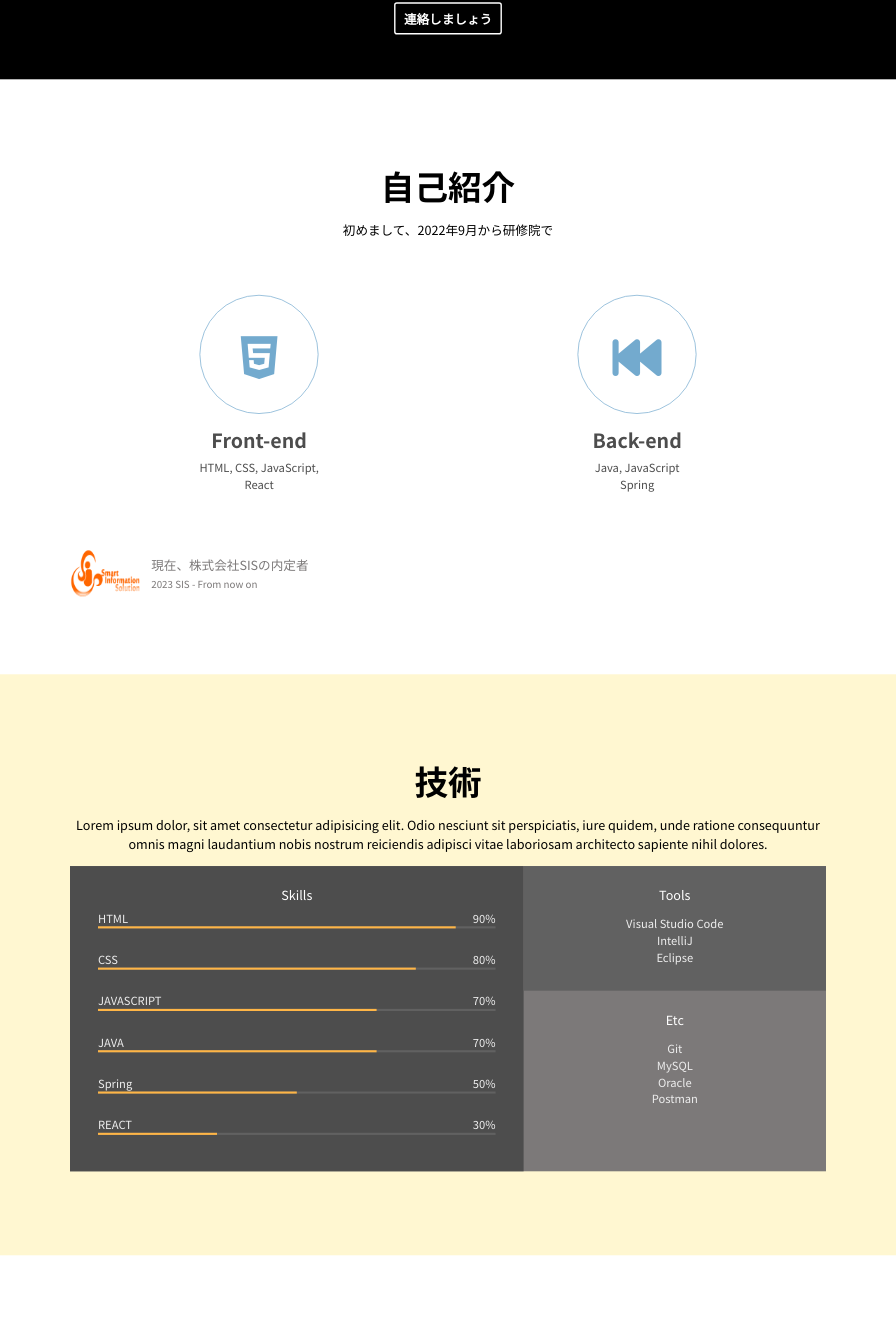
Repository: N1C0N1C0/website_introduction
Page: index.html
The author's editor kept a copy of each file at every save. The page is drawn from the files as they stood at one save, then again after the next save.
The browser window is 1280 px wide. The pictures show the part of the page from y = 616 to 2536 px (the page is 4068 px tall), at 70% of full size.
Some web libraries are served in a nearby version.

Above is the page before, as saved 2023-08-29 03:03:47.

### index.html
<!DOCTYPE html>
<html lang="en">
  <head>
    <meta charset="UTF-8" />
    <meta name="viewport" content="width=device-width, initial-scale=1.0" />
    <title>自己紹介</title>
    <meta
      name="description"
      content="Portfolio for engineer KimJeongmin"
    />
    <meta name="author" content="Kim" />
    <link rel="icon" type="image/icon" href="imgs/file-pdf-solid.svg" />
    <script src="https://kit.fontawesome.com/04742e9fab.js" crossorigin="anonymous"></script>
    <link href="https://fonts.googleapis.com/css2?family=Noto+Sans+JP:wght@300;400;500&display=swap" rel="stylesheet">

    <link rel="stylesheet" href="style.css" />
    <script src="main.js" defer></script>
  </head>
  <body>
    <!-- Navbar -->
    <nav id="navbar">
      <div class="navbar__logo">
        <i class="fa-regular fa-face-smile"></i>
        <a href="#">キムジョンミン</a>
      </div>
        <ul class="navbar__menu">
          <li class="navbar__menu__item active" data-link="#home">ホーム</li>
          <li class="navbar__menu__item" data-link="#about">紹介</li>
          <li class="navbar__menu__item" data-link="#skills">技術</li>
          <li class="navbar__menu__item" data-link="#work">プロジェクト</li>
          <li class="navbar__menu__item" data-link="#contact">連絡</li>
        </ul>

      <!-- Toggle button -->
      <button class="navbar__toggle-btn">
        <i class="fa-solid fa-bars"></i>
      </button>
    </nav>

    <!-- Home -->
    <section id="home">
      <div class="home__container">
      <img src="imgs/kimu.jpg" alt="Anzang" class="home__avatar" />
      <h1 class="home__title">ようこそ <br />キムジョンミンと申します。</h1>
      <h2 class="home__description">
        今は株式会社SISに内定者です。
      </h2>
      <button class="home__contact">連絡しましょう</button>
    </div>
    </section>
    <!-- About -->
    <section id="about" class="section" class="section__container">
      <h1>自己紹介</h1>
      <p>
        初めまして、2022年9月から研修院で
      </p>
      <div class="about__majors">
        <div class="major">
          <div class="major__icon">
            <i class="fa-brands fa-html5"></i>
          </div>
          <h2 class="major__title">Front-end</h2>
          <div class="major__description">
            HTML, CSS, JavaScript,
            <br />React
          </div>
        </div>
        <div class="major">
          <div class="major__icon">
            <i class="fa-sharp fa-solid fa-backward-fast"></i>
          </div>
          <h2 class="major__title">Back-end</h2>
          <div class="major__description">
            Java, JavaScript
            <br />
            Spring
          </div>
        </div>
      </div>
      <div class="about__jobs">
        <div class="job">
          <img src="imgs/sis_image.png" alt="sis" class="job__logo" style="width: 100px; height: 70px;"/>
          <div class="job_description">
            <p class="job__name">
              現在、株式会社SISの内定者
            </p>
            <p class="job__period">2023 SIS - From now on</p>
          </div>
        </div>
      </div>
    </section>

    <!-- Skills -->
    <section id="skills" class="section">
      <div class="section__container">
      <h1>技術</h1>
      <p>
        Lorem ipsum dolor, sit amet consectetur adipisicing elit. Odio nesciunt
        sit perspiciatis, iure quidem, unde ratione consequuntur omnis magni
        laudantium nobis nostrum reiciendis adipisci vitae laboriosam architecto
        sapiente nihil dolores.
      </p>
      <div class="skillset">
        <div class="skillset__left">
          <h3 class="skillset__title">Skills</h3>
          <div class="skill">
            <div class="skill__description">
              <span>HTML</span>
              <span>90%</span>
            </div>
            <div class="skill__bar">
              <div class="skill__value" style="width: 90%;"></div>
            </div>
          </div>
          <div class="skill">
            <div class="skill__description">
              <span>CSS</span>
              <span>80%</span>
            </div>
            <div class="skill__bar">
              <div class="skill__value" style="width: 80%;"></div>
            </div>
          </div>
          <div class="skill">
            <div class="skill__description">
              <span>JAVASCRIPT</span>
              <span>70%</span>
            </div>
            <div class="skill__bar">
              <div class="skill__value" style="width: 70%;"></div>
            </div>
          </div>
          <div class="skill">
            <div class="skill__description">
              <span>JAVA</span>
              <span>70%</span>
            </div>
            <div class="skill__bar">
              <div class="skill__value" style="width: 70%;"></div>
            </div>
          </div>
          <div class="skill">
            <div class="skill__description">
              <span>Spring</span>
              <span>50%</span>
            </div>
            <div class="skill__bar">
              <div class="skill__value" style="width: 50%;"></div>
            </div>
          </div>
          <div class="skill">
            <div class="skill__description">
              <span>REACT</span>
              <span>30%</span>
            </div>
            <div class="skill__bar">
              <div class="skill__value" style="width: 30%;"></div>
            </div>
          </div>
        </div>
        <div class="skillset__right">
          <div class="tools">
            <h3 class="skillset__title">Tools</h3>
            <ul class="tools__list">
              <li><span>Visual Studio Code</span></li>
              <li><span>IntelliJ</span></li>
              <li><span>Eclipse</span></li>
            </ul>
          </div>
          <div class="etc">
            <h3 class="skillset__title">Etc</h3>
            <ul class="ect__list">
              <li><span>Git</span></li>
              <li><span>MySQL</span></li>
              <li><span>Oracle</span></li>
              <li><span>Postman</span></li>
            </ul>
          </div>
        </div>
      </div>
    </div>
    </section>
    <!-- Work -->
    <section id="work" class="section">
      <div class="section__container">
      <h1>My work</h1>
      <h3>Projects</h3>
      <div class="work__categories">
        <button class="category__btn selected" data-filter="*">
          All<span class="category__count">8</span>
        </button>
        <button class="category__btn" data-filter="front-end">
          Front-end<span class="category__count">3</span>
        </button>
        <button class="category__btn" data-filter="back-end">
          Back-end<span class="category__count">4</span>
        </button>
        <button class="category__btn" data-filter="mobile">
          Mobile<span class="category__count">1</span>
        </button>
      </div>

      <div class="work__projects">
        <a
          href="https://www.youtube.com/@dream-coding"
          class="project"
          target="_blank"
          data-type="front-end"
        >
          <img
            src="imgs/projects/안종민.png"
            alt="Anzang"
            class="project__img"
          />
          <div class="project__description">
            <h3>Youtube Site</h3>
            <span>Clone coding with HTML and CSS</span>
          </div>
        </a>
        <a
          href="https://www.youtube.com/@dream-coding"
          class="project"
          target="_blank"
          data-type="front-end"
        >
          <img
            src="imgs/projects/안종민.png"
            alt="Anzang"
            class="project__img"
          />
          <div class="project__description">
            <h3>Youtube Site</h3>
            <span>Clone coding with HTML and CSS</span>
          </div>
        </a>
        <a
          href="https://www.youtube.com/@dream-coding"
          class="project"
          target="_blank"
          data-type="front-end"
        >
          <img
            src="imgs/projects/안종민.png"
            alt="Anzang"
            class="project__img"
          />
          <div class="project__description">
            <h3>Youtube Site</h3>
            <span>Clone coding with HTML and CSS</span>
          </div>
        </a>
        <a
          href="https://www.youtube.com/@dream-coding"
          class="project"
          target="_blank"
          data-type="back-end"
        >
          <img
            src="imgs/projects/안종민.png"
            alt="Anzang"
            class="project__img"
          />
          <div class="project__description">
            <h3>Youtube Site</h3>
            <span>Clone coding with HTML and CSS</span>
          </div>
        </a>
        <a
          href="https://www.youtube.com/@dream-coding"
          class="project"
          target="_blank"
          data-type="back-end"
        >
          <img
            src="imgs/projects/안종민.png"
            alt="Anzang"
            class="project__img"
          />
          <div class="project__description">
            <h3>Youtube Site</h3>
            <span>Clone coding with HTML and CSS</span>
          </div>
        </a>
        <a
          href="https://www.youtube.com/@dream-coding"
          class="project"
          target="_blank"
          data-type="back-end"
        >
          <img
            src="imgs/projects/안종민.png"
            alt="Anzang"
            class="project__img"
          />
          <div class="project__description">
            <h3>Youtube Site</h3>
            <span>Clone coding with HTML and CSS</span>
          </div>
        </a>
        <a
          href="https://www.youtube.com/@dream-coding"
          class="project"
          target="_blank"
          data-type="back-end"
        >
          <img
            src="imgs/projects/안종민.png"
            alt="Anzang"
            class="project__img"
          />
          <div class="project__description">
            <h3>Youtube Site</h3>
            <span>Clone coding with HTML and CSS</span>
          </div>
        </a>
        <a
          href="https://www.youtube.com/@dream-coding"
          class="project"
          target="_blank"
          data-type="mobile"
        >
          <img
            src="imgs/projects/안종민.png"
            alt="Anzang"
            class="project__img"
          />
          <div class="project__description">
            <h3>Youtube Site</h3>
            <span>Clone coding with HTML and CSS</span>
          </div>
        </a>
      </div>
      </div>
    </section>
    <!-- Contact -->
    <section id="contact" class="section">
      <h1 class="contact__title">話しましょう！</h1>
      <h2 class="contact__email">dothd8775@gmail.com</h2>
      <div class="contact__links">
        <a href="https://github.com/N1C0N1C0" target="_blank">
          <i class="fa-brands fa-github"></i>
        </a>
        <a href="https://github.com/N1C0N1C0" target="_blank">
          <i class="fa-brands fa-square-git"></i>
        </a>
      </div>
      <p class="contact__rights">
        2023 個人プロジェクト - All rights reserved
      </p>
    </section>

    <!-- Arrow up -->
    <button class="arrow__up">
      <i class="fa-solid fa-arrow-up"></i>
    </button>
  </body>
</html>

### style.css
/* Global */
:root {
    /* Color */
    --color-white: #fff;
    --color-light-white: #eee;
    --color-dark-white: #bdbdbd;
    --color-pink: #fe918d;
    --color-dark-pink: #ff6863;
    --color-black: #4d4d4d;
    --color-dark-grey: #4d4d4d;
    --color-grey: #616161;
    --color-light-grey: #7c7979;
    --color-blue: #73aace;
    --color-yellow: #fff7d1;
    --color-orange: #feb546;
    --color-black: #000;

    /* Font size */
    --font-large: 48px;
    --font-medium: 28px;
    --font-regular: 18px;
    --font-small: 16px;
    --font-micro: 14px;

    /* Font weight */
    --weight-bold: 700;
    --weight-semi-bold: 600;
    --weight-regular: 400;

    /* Size */
    --size-border-radius: 4px;

    /* Animation */
    --animation-duration: 300ms;
}

/* Universal tags */
* {
    box-sizing: border-box;
}

body {
    font-family: 'Noto Sans JP', sans-serif;
    margin: 0;
    cursor: default;
}

a {
    text-decoration: none;
    color: var(--color-white);
}

ul {
    list-style: none;
    padding-left: 0;
}

button {
    background-color: transparent;
    cursor: pointer;
    border: none;
    outline: none;
    padding: 0;
}

/* Typography */
h1 {
    font-size: var(--font-large);
    font-weight: var(--weight-bold);
    color: var(--color-black);
    margin: 16px 0;
}

h2 {
    font-size: var(--font-medium);
    font-weight: var(--weight-semi-bold);
    color: var(--color-black);
    margin: 8px 0;
}

h3 {
    font-size: var(--font-regular);
    font-weight: var(--weight-regular);
    color: var(--color-black);
    margin: 8px 0;
}

p {
    font-size: var(--font-regular);
    font-weight: var(--weight-regular);
    color: var(--color-black);
    margin: 4px 0;
}

/* Navbar */
#navbar {
    position: fixed;
    width: 100%;
    display: flex;
    justify-content: space-between;
    background-color: transparent;
    align-items: center;
    color: var(--color-white);
    padding: 16px;
    transition: all var(--animation-duration) ease-in-out;
    z-index: 1;
}

#navbar.navbar--dark {
    background-color: var(--color-black);
    padding: 16px;

}

.navbar__menu {
    display: flex;
}

.navbar__logo {
    font-size: var(--font-medium);
    font-weight: var(--weight-semi-bold);
}

.navbar__menu__item {
    padding: 8px 12px;
    margin: 0 4px;
    cursor: pointer;
    color: var(--color-white);
    border: 1px solid transparent;
    border-radius: var(--size-border-radius);
}

.navbar__menu__item.active {
    border: 1px solid var(--color-white);
}

.navbar__menu__item:hover {
    border-color: var(--color-white);
    background-attachment: var(--color-dark-grey);
}

.navbar__toggle-btn {
    position: absolute;
    top: 20px;
    right: 32px;
    font-size: 24px;
    color: var(--color-white);
    display: none;
}

/* Home */
#home {
    background-color: var(--color-black);
    padding: 40px;
    padding-top: 120px;
    text-align: center;
}

.home__avatar {
    width: 250px;
    height: 250px;
    border-radius: 50%;
    border: 2px solid var(--color-light-white);
}

.home__title,
.home__description {
    color: var(--color-white);
}

.home__contact {
    color: var(--color-white);
    font-size: var(--font-regular);
    font-weight: var(--weight-bold);
    margin: 24px;
    padding: 8px 12px;
    border: 2px solid var(--color-white);
    border-radius: var(--size-border-radius);
}

.home__contact:hover {
    background-color: var(--color-orange);
}

/* Section common */
.section {
    padding: 100px;
    text-align: center;
    margin: auto;
}

.section__container {
    max-width: 1200px;
    margin: auto;
}

/* About */
.about__majors {
    display: flex;
    justify-content: space-around;
    margin: 80px 0;
}

.major__icon {
    width: 170px;
    height: 170px;
    line-height: 170px;
    font-size: 70px;
    margin: auto;
    color: var(--color-blue);
    border: 1px solid var(--color-blue);
    border-radius: 50%;
    margin-bottom: 16px;
}
.major__icon i {
    transition: all var(--animation-duration) ease;
}
.major__icon:hover i {
    color: var(--color-pink);
    transform: rotate(-45deg) scale(1.1);
}
.major__title, .major__description {
    color: var(--color-dark-grey);
}

.major__description {
    font-size: var(--font-small);
}

.job {
    display: flex;
    align-items: center;
    margin-bottom: 10px;
}

.job_description {
    margin: 0 16px;
    text-align: left;
}

.job__name,
.job__period {
    color: var(--color-light-grey);
}

.job__name {
    font-size: var(font-small);
}

.job__period {
    font-size: var(--font-micro);
}

/* Skill */

#skills {
    background-color: var(--color-yellow);
}

.skillset {
    display: flex;
    background-color: var(--color-light-grey);
    color: var(--color-light-white);
    margin: 20px 0;
}

.skillset__title {
    color: var(--color-white);
}

.skill {
    margin-bottom: 32px;
}

.skill__description {
    display: flex;
    justify-content: space-between;
}

.skillset__left {
    flex-basis: 60%;
    background-color: var(--color-dark-grey);
    padding: 20px 40px;
}

.skill__bar {
    width: 100%;
    height: 3px;
    background-color: var(--color-grey);
}

.skill__value {
    height: 3px;
    background-color: var(--color-orange);
}

.skillset__right {
    flex-basis: 40%;
}

.tools {
    background-color: var(--color-grey);
}

.tools,
.etc {
    padding: 20px;
}

/* Work */

.work_categories {
    margin: 40px;
}

.category__btn {
    border: 1px solid var(--color-dark-white);
    border-radius: var(--size-border-radius);
    font-size: var(--font-regular);
    padding: 8px 48px;
    position: relative;
}

.category__btn.selected,
.category__btn:hover {
    background-color: var(--color-pink);
    color: var(--color-white);
}

.category__btn.selected .category__count,
.category__btn:hover .category__count {
    opacity: 1;
}
.category__count {
    background-color: var(--color-orange);
    border-radius: 50%;
    color: var(--color-white);
    margin-left: 5px;
    width: 24px;
    height: 24px;
    line-height: 24px;
    display: inline-block;
    position: absolute;
    top: 5px;
    right: 16px;
    opacity: 0;
    transition: all var(--animation-duration) ease;
}

.work__projects {
    display: flex;
    flex-wrap: wrap;
    justify-content: center;
    opacity: 1;
    transition: all var(--animation-duration) ease-out;
}

.work__projects.anim-out {
    opacity: 0;
    transform: scale(0.96) translateY(40px);

}

.project {
    position: relative;
    display: flex;
    flex-direction: column;
    justify-content: center;
    width: 280px;
    height: 250px;
    margin: 2px;
    background-color: var(--color-light-white);
}

.project.invisible {
    display: none;
}

.project__img {
    max-width: 100%;
    max-height: 100%;
    align-self: center;
}

.project__description {
    position: absolute;
    background-color: black;
    display: flex;
    flex-direction: column;
    justify-content: center;
    width: 100%;
    height: 100%;
    top: 0;
    left: 0;
    opacity: 0;
    transform: translateY(15px);
    transition: all var(--animation-duration) ease-in;
}

.project:hover .project__description {
    opacity: 0.8;
    transform: translateY(0px);
}

.project__description h3 {
    color: var(--color-orange);
}

.project__description h3:after {
    content: '';
    display: block;
    position: relative;
    left: 50%;
    width: 50px;
    height: 2px;
    transform: translateX(-25%);
    margin-left: -12px;
    margin-top: 8px;
    background-color: var(--color-dark-white);
}



/* Contact */
#contact {
    background-color: var(--color-black);
}

.contact__title,
.contact__email,
.contact__rights {
    color: var(--color-white);
}

.contact__title {
    margin: 32px 0;
}

.contact__links {
    font-size: var(--font-large);
    margin: 24px 0;
}

.contact__links i:hover {
    transform: scale(1.1);
    color: var(--color-yellow);
    transition: all var(--animation-duration) ease-in;
}

/* Scroll */
.arrow__up {
    position: fixed;
    bottom: 50px;
    right: 50px;
    width: 70px;
    height: 70px;
    font-size: 50px;
    color: var(--color-white);
    background-color: var(--color-black);
    border-radius: 50%;
    opacity: 0;
    pointer-events: none;
    transition: all var(--animation-duration) ease-in;
}

.arrow__up.visible {
    opacity: 1;
    pointer-events: auto;
}

/* For below 768px screen width */
@media screen and (max-width: 768px) {
    :root {
        /* Font size */
        --font-large: 30px;
        --font-medium: 18px;
        --font-regular: 16px;
        --font-small: 14px;
        --font-micro: 12px;
    }

    .navbar__toggle-btn {
        display: block;
        top: 16px;
        right: 16px;
        font-size: var(--font-medium);
    }

    #navbar {
        flex-direction: column;
        align-items: flex-start;
        background-color: var(--color-black);
    }

    #navbar.navbar--dark {
        padding: 16px;
    }

    .navbar__menu {
        flex-direction: column;
        text-align: center;
        width: 100%;
        display: none;
    }

    .navbar__menu.open {
        display: block;
    }

    .section {
        padding: 16px;
        padding-top: 40px;
    }

    .about__majors {
        flex-direction: column;
        margin-top: 30px;
        margin-bottom: 0;
    }

    .major {
        margin-bottom: 30px;
    }

    .skillset {
        flex-direction: column;
    }

    .category__btn {
        margin: 4px 0;
    }

    .work__categories {
        display: flex;
        flex-direction: column;
        margin-bottom: 10px;
    }

    .project {
        flex-grow: 1;
    }

    .testimonial {
        flex-direction: column;
        align-items: center;
    }

    .testimonial__avatar {
        width: 120px;
        height: 120px;
    }

    .testimonial__avatar:nth-child(odd),
    .testimonial__avatar:nth-child(even) {
        margin: 0;
        margin-bottom: 8px;
    }

    .testimonial__speech-bubble {
        order: 1;
    }

    .arrow__up {
        width: 50px;
        height: 50px;
        font-size: 30px;
        right: 16px;
        bottom: 16px;
    }
}

Loaded but not shown: main.js (153 lines, source omitted)

After the next save:
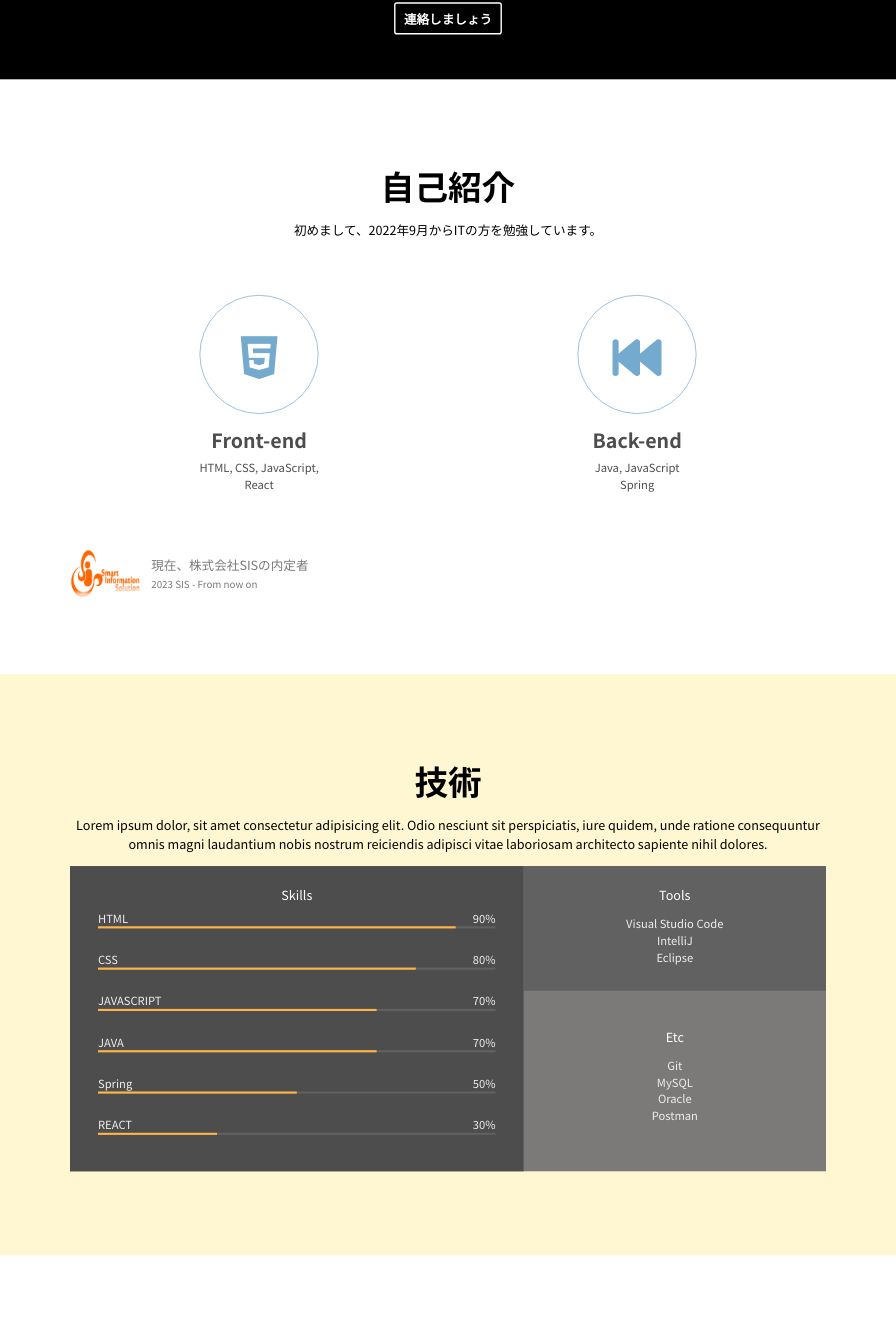
Saved 6 min 14 s later.
--- a/index.html
+++ b/index.html
@@ -52,7 +52,7 @@
     <section id="about" class="section" class="section__container">
       <h1>自己紹介</h1>
       <p>
-        初めまして、2022年9月から研修院で
+        初めまして、2022年9月からITの方を勉強しています。
       </p>
       <div class="about__majors">
         <div class="major">
@@ -167,6 +167,7 @@
               <li><span>Eclipse</span></li>
             </ul>
           </div>
+          <br>
           <div class="etc">
             <h3 class="skillset__title">Etc</h3>
             <ul class="ect__list">
